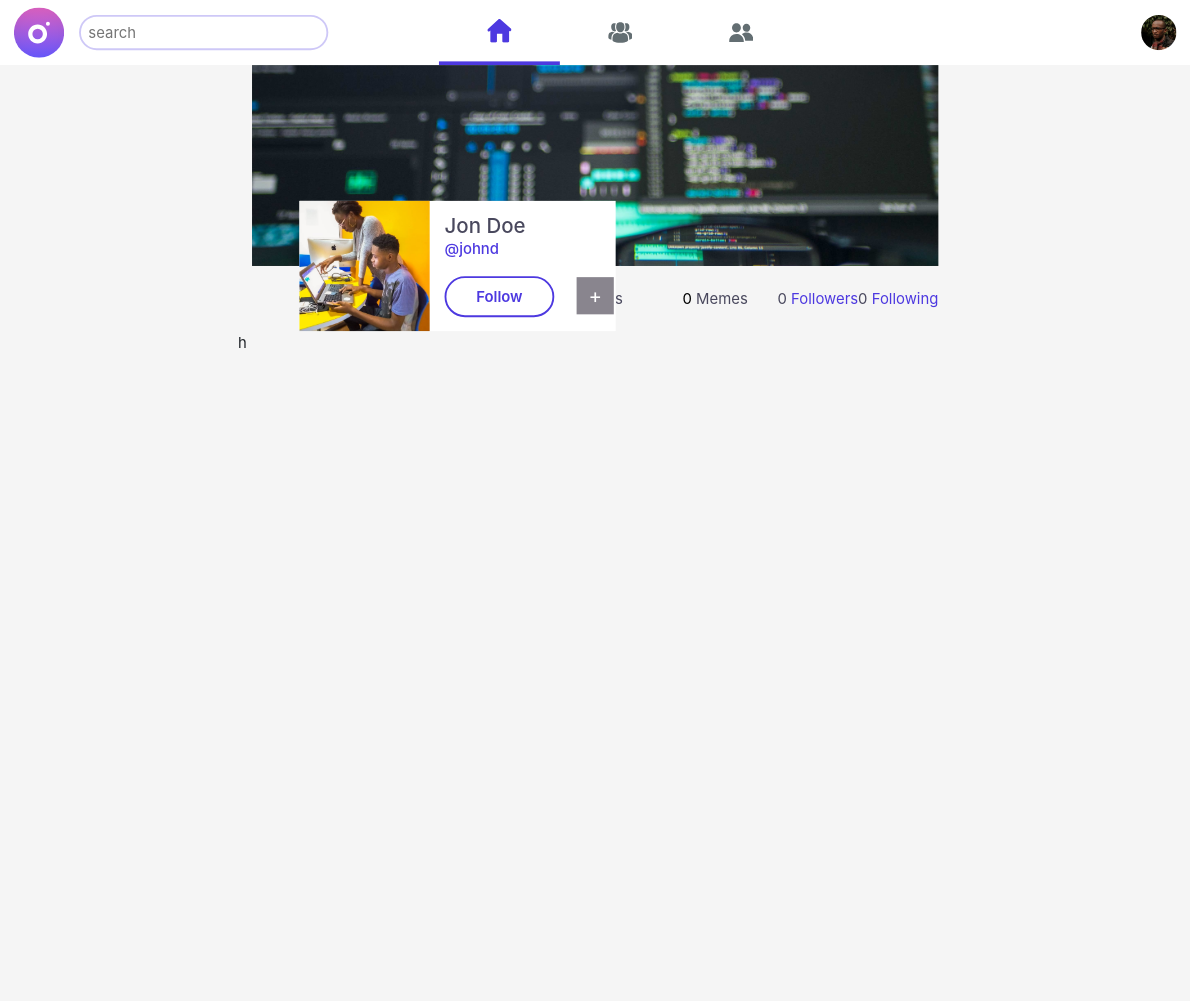
Repository: Flovet-stack/memic
Page: admin-profile.html
An editor plug-in stored every save of this project. The page is shown before and after the next save, followed by the edit.
The browser window is 1280 px wide. The pictures show the whole page, at 93% of full size.
Some web fonts or font styles are not loaded; a fallback is used.

Above is the page before, as saved 2020-10-28 00:05:40.
Console error: TypeError: Cannot read properties of undefined (reading 'fn')

After the next save:
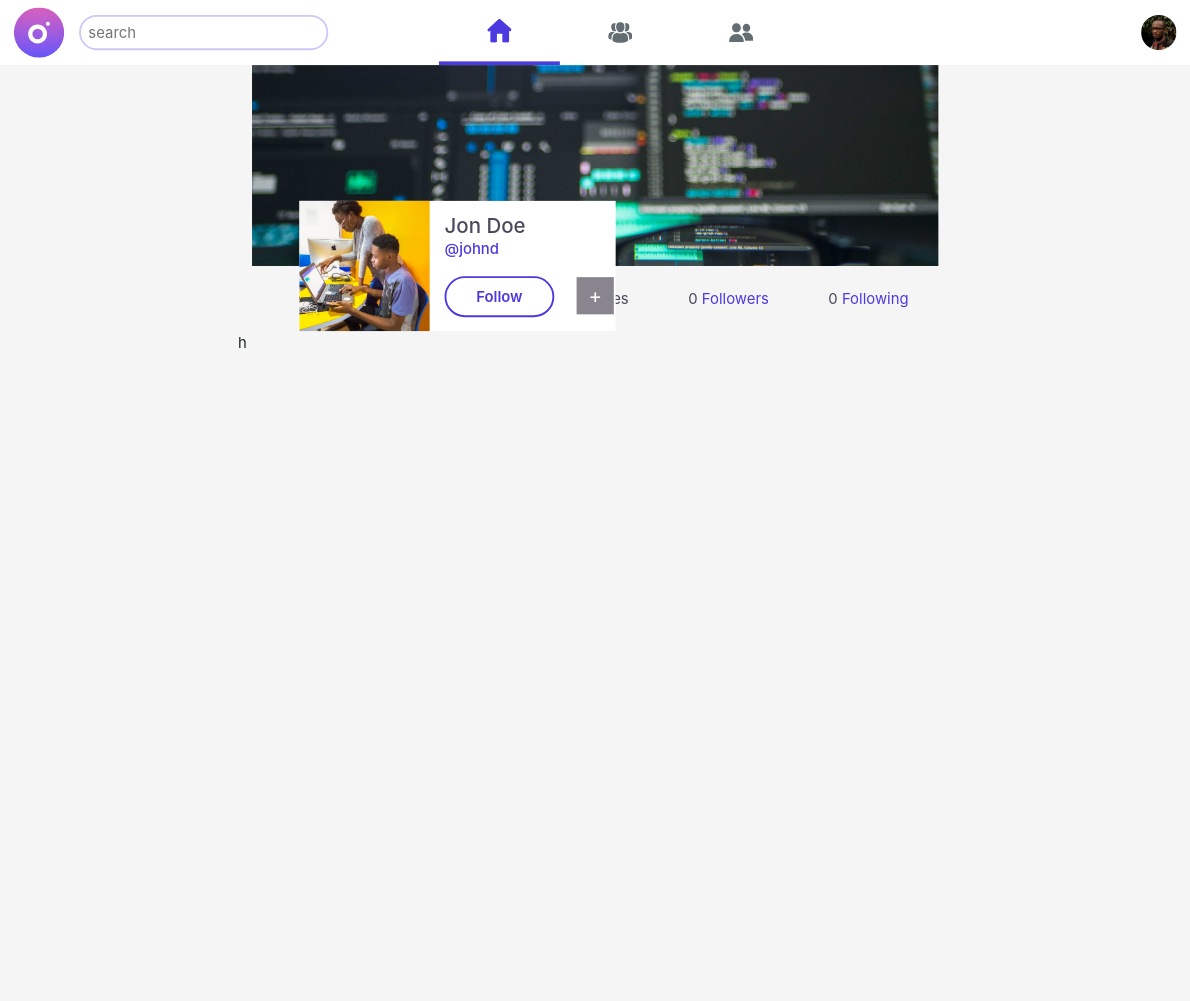
Saved 25 s later.
--- a/css/admin-profile.css
+++ b/css/admin-profile.css
@@ -79,7 +79,8 @@
     height: auto;
     display: flex;
 }
-.profile-stat-sub div {
+.profile-stat-sub div,
+.profile-stat-sub a {
     margin: 0 var(--padding-3);
 }
 .profile-stat-sub .stat-value {
